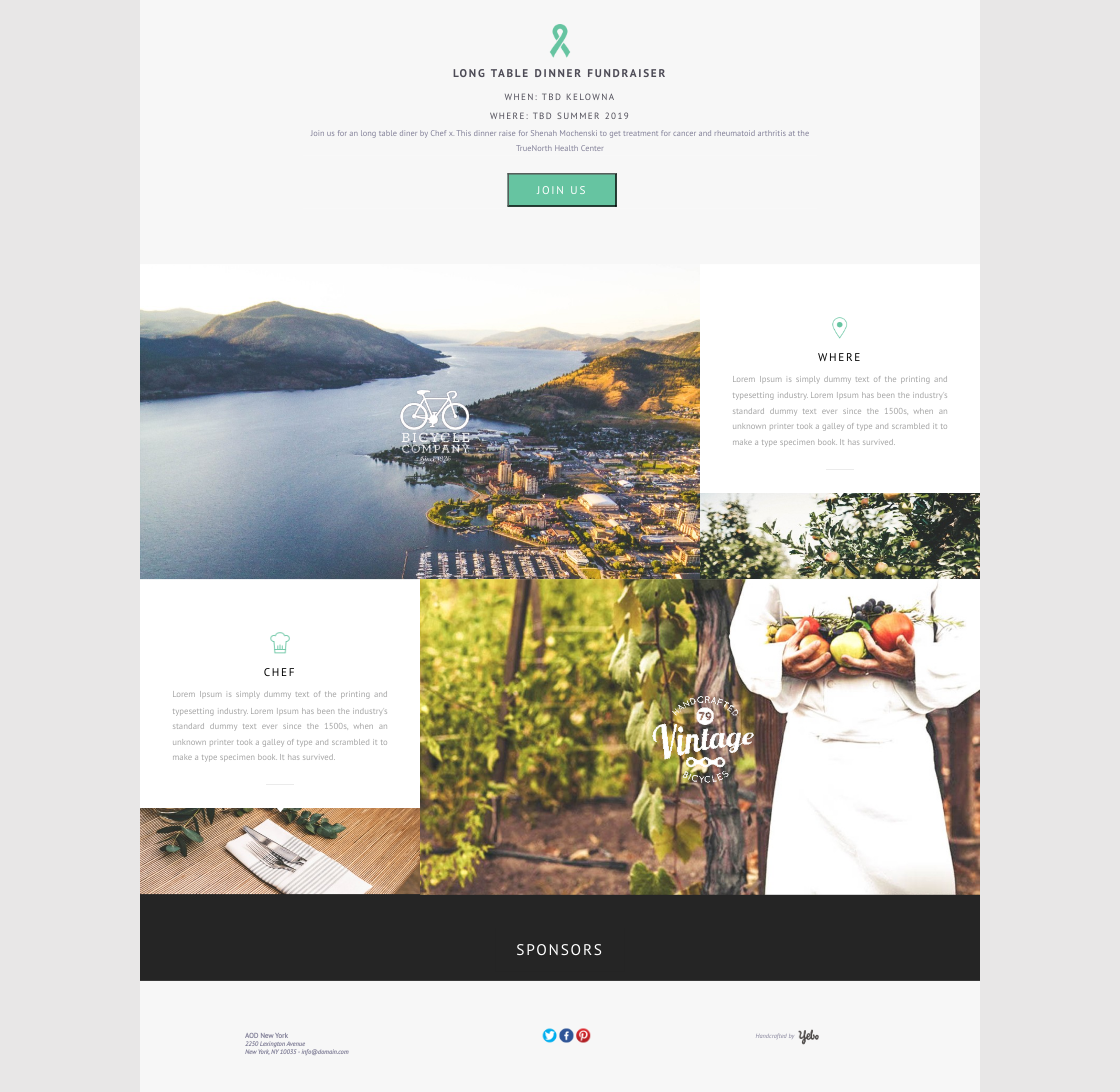
Repository: vancodes/longtable
Page: index.html
The author's editor kept a copy of each file at every save. The page is drawn from the files as they stood at one save, then again after the next save.
The browser window is 1280 px wide. The page is 1600 px wide, so the pictures cover 1600 px, including what lies to the right of the window. The pictures show the part of the page from y = 796 to 2356 px (the page is 2356 px tall), at 70% of full size.

Above is the page before, as saved 2019-04-08 15:39:31.

After the next save:
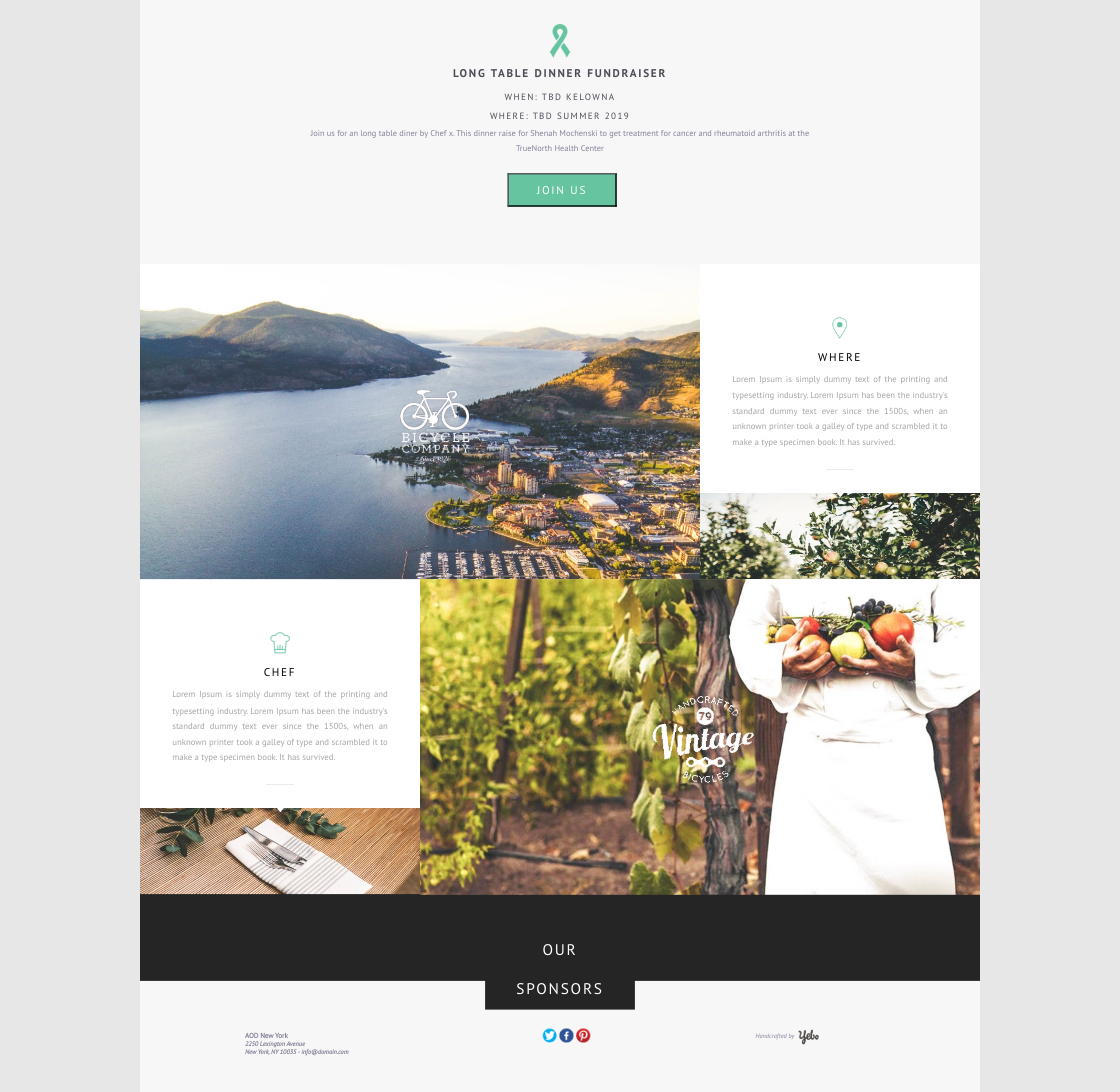
Saved 20 s later.
--- a/index.html
+++ b/index.html
@@ -178,7 +178,7 @@
         </div> -->
         <div class="discover-container">
           <div class="discover-text">
-            <button>Sponsors</button>
+            <button>Our Sponsors</button>
           </div>
         </div>
       </div>
